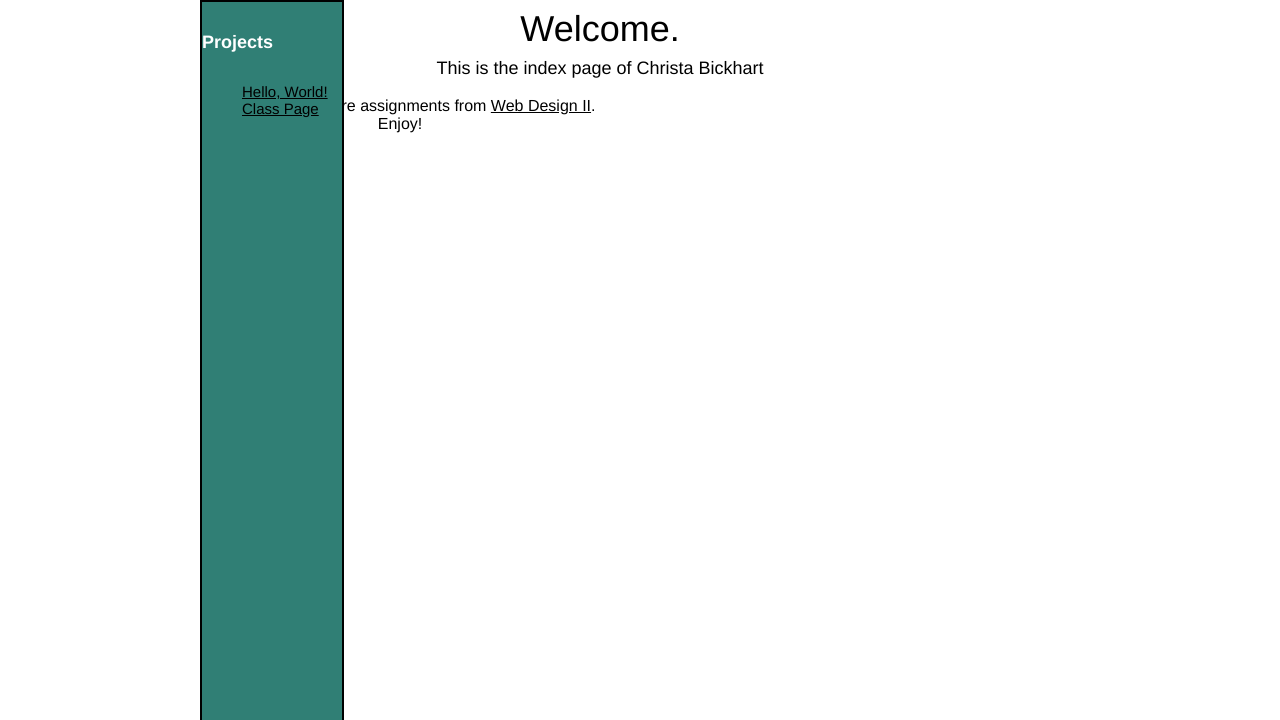
Repository: cbickhar/cbickhar.github.io
Page: index.html
The author's editor kept a record of every edit. The page is drawn from the files as they stood at one moment, then again after the next edit.
The browser window is 1280 px wide. The pictures show the whole page.

Above is the page before.

### index.html
<html>
    <head>
        <title>Christa Bickhart - Index Page</title>
        <link href="styles.css" rel="stylesheet" type="text/css">
    </head>
        <div class= "header">Welcome.</div>
        <div class="subhead">This is the index page of Christa Bickhart</div>
        <br>
    <body>
        This page will feature assignments from <a href="http://www.web2.ga">Web Design II</a>.
    </body>
    <br>
        Enjoy!
    <div class = "sidebar">
        <h5>Projects</h5>
        <ol>
             <li> <a href="project_1/project_1.html">Hello, World!</a></li>
             <li> <a href="project_2/index.html">Class Page</a></li>
        </ol>
        </div>




</html>

### styles.css
body {
    background-color: #fff;
    font-size: 16px;
    font-family: avenir, helvetica, sans-serif;
    color: black;
    text-align: center;
    width: 400px;
    margin-left: 200px;

}

a {
    color: black;
    text-decoration: underline;
}

h5 {
    font-family: avenir, helvetica, sans-serif;
    font-size: 18px;
    font-style: normal;

}

a:hover {
    color: white;
}

.header {
    font-family: avenir, helvetica, sans-serif;
    height: 40px;
    width: 400px;
    font-size: 36px;
    margin-left: 200px;
    margin-bottom: 10px;
}

.subhead {
    font-family: avenir, helvetica, sans-serif;
    font-size: 18px;
    margin-left: 200px;
    width: 400px;
}

.sidebar {
    font-family: avenir, helvetica, sans-serif;
	font-size: 15px;
	position: fixed;
	background-color: #307f75;
	color: white;
	width: 140px;
	height: 100%;
	top: 0px;
	text-align: left;
	margin: 0px;
	border: 2px solid black;
}

.sidebarhead {
    font-size: 18px;
    margin-top: 20px;
    margin-left: 10px;
}

ol {
    list-style-type: none;
    text-align: left;
    margin-left: ;
    width: 100;
}

.test {
    padding: 10px;
    width: 100%;
    height: 200px;
    background-color:black;
    color: white;

}

.wrapper {
    width: 400px;
}

.column {
    width:100px;
    float: left;
}

After the next edit:
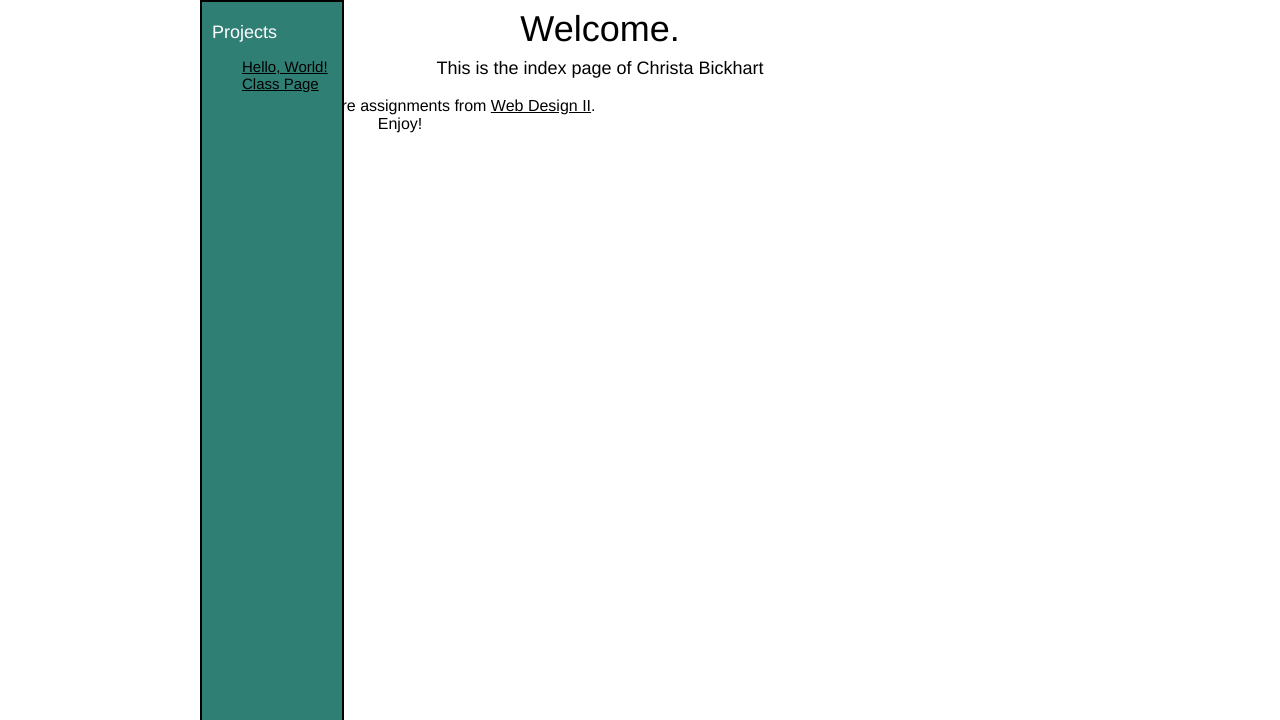
The edit:
--- a/index.html
+++ b/index.html
@@ -12,7 +12,7 @@
     <br>
         Enjoy!
     <div class = "sidebar">
-        <h5>Projects</h5>
+        <div class = "sidebarhead">Projects</div>
         <ol>
              <li> <a href="project_1/project_1.html">Hello, World!</a></li>
              <li> <a href="project_2/index.html">Class Page</a></li>
